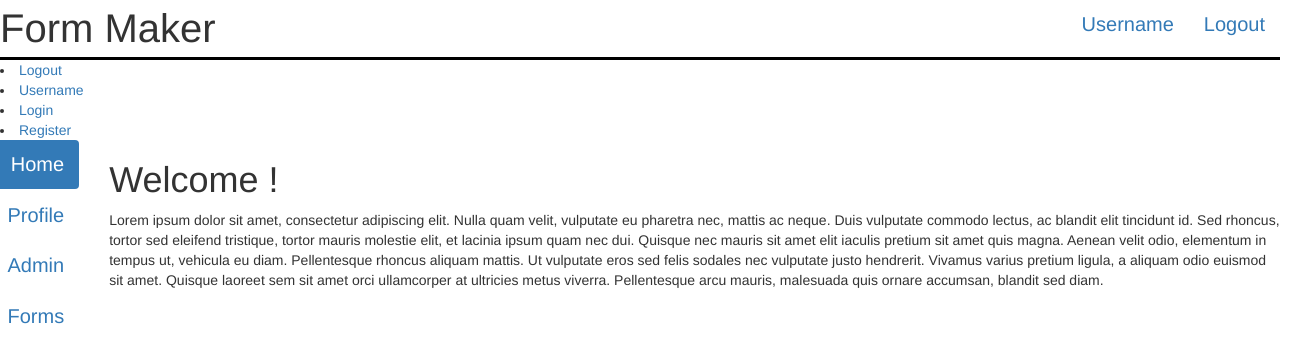
Repository: dishant8/Web-development
Page: public/WebDevWorkspace/Assignment1/WebContent/Css/Bootstrap/home.html
These files come from the project's save history. The page is drawn as it stood at one moment and after the next save; the edit follows.
The browser window is 1280 px wide. The page is 1295 px wide, so the pictures cover 1295 px, including what lies to the right of the window. The pictures show the whole page.

Above is the page before, as saved 2015-10-03 20:50:54.

### public/WebDevWorkspace/Assignment1/WebContent/Css/Bootstrap/home.html
<!DOCTYPE html>
<html>
<head>
<meta charset="ISO-8859-1">
<title>Form Maker</title>
<!--   <link href="Css/bootstrap.min.css" rel="stylesheet" />-->
<link href="app/vendor/bootstrap/dist/css/bootstrap.min.css"
	rel="stylesheet" />

<link rel="stylesheet" href="style.css" />


</head>
<body>
			<div id="upper-header">
				<span class="header-width">Form Maker</span>
				<ul class="nav nav-pills navigate">
					<li id="logout" role="presentation"><a href="login.html">Logout</a></li>
					<li id="username" role="presentation"><a href="profile.html">Username</a></li>
				</ul>

		</div>
					<li id="logout" role="presentation"><a href="login.html">Logout</a></li>
				<li id="username" role="presentation"><a href="profile.html">Username</a></li>
				<li id="login" role="presentation"><a href="login.html">Login</a></li>
				<li id="register" role="presentation"><a href="register.html">Register</a></li>

	<div class="row">

		<div class="col-xs-1">

			<ul class="nav nav-pills nav-stacked">
				<li role="presentation" class="active"><a href="home.html">Home</a></li>
				<li role="presentation"><a href="profile.html">Profile</a></li>
				<li role="presentation"><a href="admin.html">Admin</a></li>
				<li role="presentation"><a href="forms.html">Forms</a></li>
			</ul>
		</div>

		<div class="col-xs-11">
			<h1>Welcome !</h1>
			<p>Lorem ipsum dolor sit amet, consectetur adipiscing elit. Nulla
				quam velit, vulputate eu pharetra nec, mattis ac neque. Duis
				vulputate commodo lectus, ac blandit elit tincidunt id. Sed rhoncus,
				tortor sed eleifend tristique, tortor mauris molestie elit, et
				lacinia ipsum quam nec dui. Quisque nec mauris sit amet elit iaculis
				pretium sit amet quis magna. Aenean velit odio, elementum in tempus
				ut, vehicula eu diam. Pellentesque rhoncus aliquam mattis. Ut
				vulputate eros sed felis sodales nec vulputate justo hendrerit.
				Vivamus varius pretium ligula, a aliquam odio euismod sit amet.
				Quisque laoreet sem sit amet orci ullamcorper at ultricies metus
				viverra. Pellentesque arcu mauris, malesuada quis ornare accumsan,
				blandit sed diam.</p>

		</div>
	</div>
</body>
</html>

### public/WebDevWorkspace/Assignment1/WebContent/Css/Bootstrap/style.css
body{
margin="10px";
padding="10px";

}

.col-md-1{
	border-right: black solid medium;
	border-top: black solid medium;
	border-bottom: black solid medium;
	border-left: black solid medium;
	font-size :15px;
}



.contain{
		border-bottom: black solid medium;
	border-top: black solid medium;
	border-right: black solid medium;
	border-left: black solid medium;
	margin-top: 30 px;
	margin-bottom: 30 px;
	margin-left: 30 px;
	margin-right: 30 px;

}

#navigate{
	float= right;
	font-size: 20px;
}

.nav-pills>li{
	float: right;
	font-size: 20px;
}

#upper-header{
	border-bottom: black solid;

}

#tab{
	float: left;
	font-size: 20px;
}

.navigate{
	width:30%;
	float: right;
}

.header-width{
	width:70%;
	font-size: 40px;
}

Loaded but not shown: public/WebDevWorkspace/Assignment1/WebContent/Css/Bootstrap/app/vendor/bootstrap/dist/css/bootstrap.min.css (library)

After the next save:
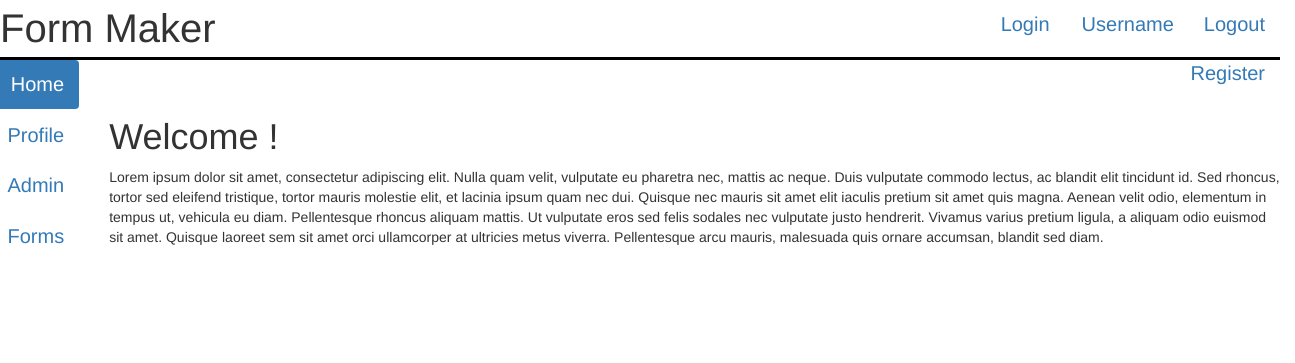
Saved 16 s later.
--- a/public/WebDevWorkspace/Assignment1/WebContent/Css/Bootstrap/home.html
+++ b/public/WebDevWorkspace/Assignment1/WebContent/Css/Bootstrap/home.html
@@ -12,18 +12,17 @@
 
 </head>
 <body>
-			<div id="upper-header">
-				<span class="header-width">Form Maker</span>
-				<ul class="nav nav-pills navigate">
-					<li id="logout" role="presentation"><a href="login.html">Logout</a></li>
-					<li id="username" role="presentation"><a href="profile.html">Username</a></li>
-				</ul>
+	<div id="upper-header">
+		<span class="header-width">Form Maker</span>
+		<ul class="nav nav-pills navigate">
+			<li id="logout" role="presentation"><a href="login.html">Logout</a></li>
+			<li id="username" role="presentation"><a href="profile.html">Username</a></li>
+			<li id="login" role="presentation"><a href="login.html">Login</a></li>
+			<li id="register" role="presentation"><a href="register.html">Register</a></li>
+		</ul>
 
-		</div>
-					<li id="logout" role="presentation"><a href="login.html">Logout</a></li>
-				<li id="username" role="presentation"><a href="profile.html">Username</a></li>
-				<li id="login" role="presentation"><a href="login.html">Login</a></li>
-				<li id="register" role="presentation"><a href="register.html">Register</a></li>
+	</div>
+
 
 	<div class="row">
 
